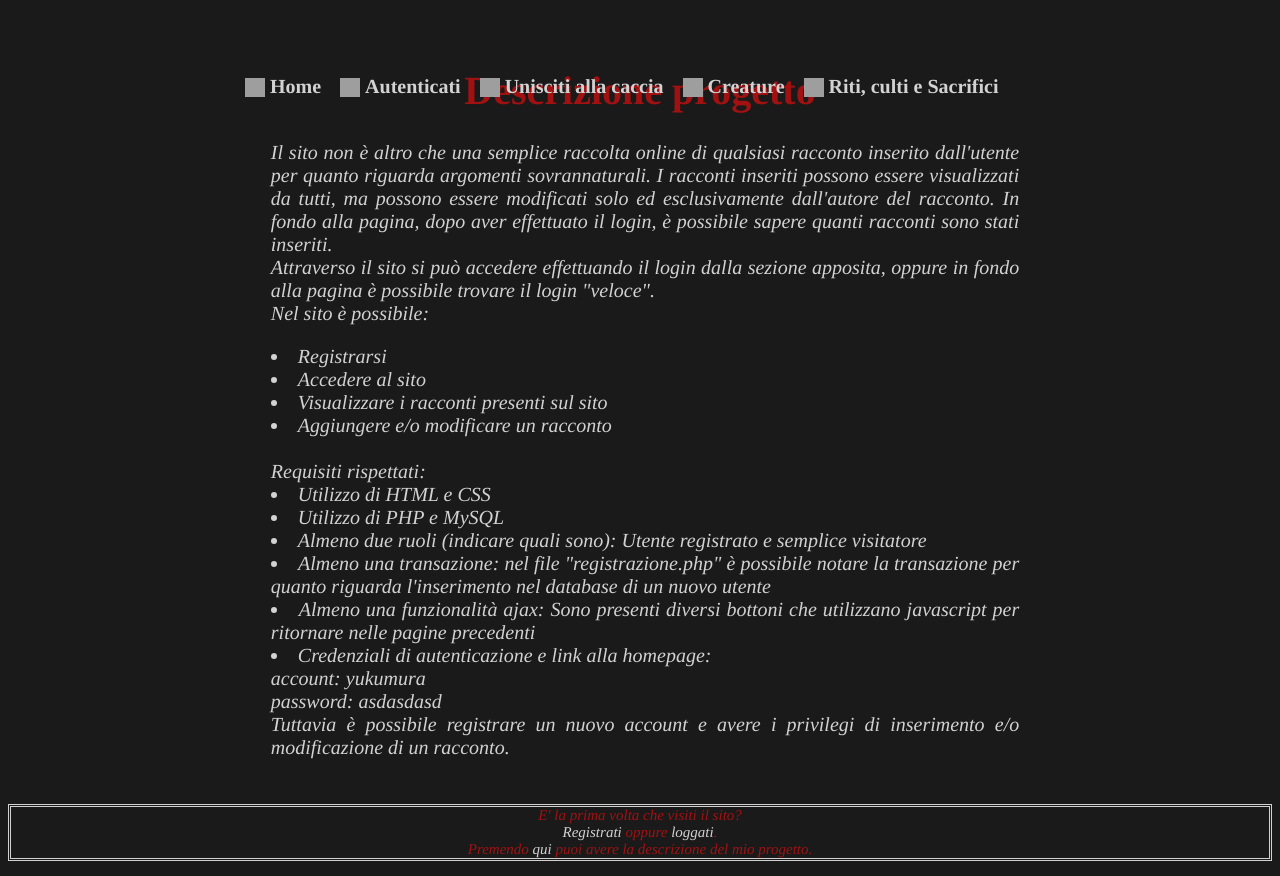
Repository: yukumura/yukumura-s-project
Page: http://localhost/descrizione.php
The author's editor kept a record of every edit. The page is drawn from the files as they stood at one moment, then again after the next edit.
The browser window is 1280 px wide. The pictures show the part of the page from y = 236 to 1135 px (the page is 1112 px tall before and 1135 px after).
Pictures or frames that could not be fetched are drawn as grey boxes. The page is run by PHP 8.4 with error messages shown; the project is at /var/www/html/.

Above is the page before.

### descrizione.php
<!DOCTYPE html>
<?php
//include('cuore.php');
if (!isset($_SESSION)) {
      session_start();
    }else echo "sessione già aperta";
include ('database_connect.php');
?>
<html>

  <head>
    <meta charset="utf-8"/>
    <link rel="stylesheet" type="text/css" href="mystyle.css" media="screen">
    <title>Guide e strategie per combattere ogni tipo di essere soprannaturale</title>
  </head>

  <body>
  <?php
  include('intestazione.html');
  ?>

   <div class="titolo">
     <h1>Descrizione progetto</h1>
   </div>

    <div id="content">
     <p><em>Il sito non è altro che una semplice raccolta online di qualsiasi racconto inserito dall'utente per quanto riguarda argomenti sovrannaturali. I racconti inseriti possono essere visualizzati da tutti, ma possono essere modificati solo ed esclusivamente dall'autore del racconto. In fondo alla pagina, dopo aver effettuato il login, è possibile sapere quanti racconti sono stati inseriti.<br>
             Attraverso il sito si può accedere effettuando il login dalla sezione apposita, oppure in fondo alla pagina è possibile trovare il login "veloce".
         <br>Nel sito è possibile:
    <div class="prog">
         <li>Registrarsi</li>
         <li>Accedere al sito</li>
         <li>Visualizzare i racconti presenti sul sito</li>
         <li>Aggiungere e/o modificare un racconto</li>

        <br>Requisiti rispettati:

    <li>Utilizzo di HTML e CSS</li>
    <li>Utilizzo di PHP e MySQL</li>
    <li>Almeno due ruoli (indicare quali sono): Utente registrato e semplice visitatore</li>
    <li>Almeno una transazione: nel file "registrazione.php" è possibile notare la transazione per quanto riguarda l'inserimento nel database di un nuovo utente</li>
    <li>Almeno una funzionalità ajax: Sono presenti diversi bottoni che utilizzano javascript per ritornare nelle pagine precedenti</li>
    <li>Credenziali di autenticazione e link alla homepage:<br> account: yukumura<br>password: asdasdasd<br>Tuttavia è possibile registrare un nuovo account e avere i privilegi di inserimento e/o modificazione di un racconto.</li></div>
    </div>
    <?php
include('piepagina.php');
?>

 </body>

</html>

### database_connect.php
<?php
// dati per loggare sul server pubblico
$ip = "localhost";
$user = "cicilloniAlberto";
$password = "scimmia454";
$db = "amm14_cicilloniAlberto";
$mysqli = new mysqli();
$mysqli->connect($ip, $user, $password, $db);
// verifico la presenza di errori
if($mysqli->connect_errno!= 0){
// gestione errore
$idErrore= $mysqli->connect_errno;
$msg= $mysqli->connect_error;
error_log("Errore nella connessione al server $idErrore: $msg", 0);
echo "Errore nella connessione $msg";
}
?>

### intestazione.html
<!DOCTYPE html>
<html>
    <!-- Questa è l'intestazione del sito, ripetuta su ogni pagina -->
    <body>
    <div class="header">
     <img src="http://imgup.motion-twin.com/muxxu/5/4/cdf10b8e_1157799.jpg" width="800" height="200" alt="banner">
   </div>

    <div class="nav">
      <ul id="menu">
	<li><a href="index.php">Home</a></li>
	<li><a href="login.php">Autenticati</a></li>
	<li><a href="registrati.php">Unisciti alla caccia</a></li>
	<li><a href="creature.php">Creature</a></li>
	<li><a href="RCeS.php">Riti, culti e Sacrifici</a></li>
      </ul>
    </div>
    <br><br>
    </body>
</html>

### piepagina.php
 <div id="piedipagina">
 <div id="formattazione_testo">
  <p>
  <?php
  include('cuore.php');
  include('database_connect.php');

 if(isset($_SESSION['username'])) {
$query="SELECT inseriti FROM iscritti where username = '$_SESSION[username]'";
$result = $mysqli->query($query);
$row = mysqli_fetch_row($result);
echo "Bentornato, ".$_SESSION['username'];
echo ". Hai inserito $row[0] racconti nel sito.<br>";
echo "Ricordati di "; echo "<a href='logout.php'>sloggare</a>"; echo " quando hai finito.";
}else{
      echo "E' la prima volta che visiti il sito? <br>";
      echo "<a href='registrati.php'>Registrati</a>";
      echo " oppure ";
      echo "<a href='login.php'>loggati</a>.";
      }
  ?>
  <br>Premendo <a href='descrizione.php'>qui</a> puoi avere la descrizione del mio progetto.
  </p>
  </div>
  </div>

### cuore.php
  <?php

if (!isset($_SESSION)) {
      session_start();
}
?>

### mystyle.css
.header {
    display: block;
    margin: 30px auto 0 0;
    text-align: center;
}

.header img {
    /*position: relative;*/
    bottom: 10px;
    border-style: outset;
}

.nav {
    position:absolute;
    bottom:570px;
    left: 70px;
    }

.nav li {
    font-family: "Times	New Roman", Times, serif;
    font-size: 20px;
    font-weight: bold;
}

.nav ul {
    position: relative;
    list-style-type: none;
    top: 200px;
    left: 120px;

}

.nav ul li {

    background-image: url('http://upload.wikimedia.org/wikipedia/commons/thumb/f/f6/Pentacle_3.svg/45px-Pentacle_3.svg.png');
    background-repeat: no-repeat;
    background-position: 15px 3px;
    padding-left: 40px;
    background-size: 20px 20px;
    display: inline;
}

.titolo {
    color: #A11111;
    font-family: "Times	New Roman", Times, serif;
    font-size: 20px;
    text-align: center;
}

body {
    background-color: #1B1A1A;
}

/*#sidebar1 {
    float:left;
    width: 20%;
    //padding-left: 1%;
}

#sidebar2 {
    float:left;
    width: 20%;
    //padding-right: 1%;
}
*/


#content {
    margin-left: 20%;
    margin-right: 20%;
    padding-bottom: 30px;
    padding-left: 10px;
}

#content p {
    color: #D2D2D2;
    text-align: justify;
    font-family: "Times	New Roman", Times, serif;
    font-size: 20px;
}

a:link {
    text-decoration: none;
    color: #D2D2D2;
}

a:visited {
    text-decoration: none;
    color: #D2D2D2;
}

a:hover {
    color: #A11111;
}

#form_registrazione {
    color: #D2D2D2;
     width: 200px;
    height: 200px;
    margin: 0 auto;
}

#form_autenticazione {
    color: #D2D2D2;
     width: 200px;
    height: 200px;
    margin: 0 auto;
}

.rces{
    color: #D2D2D2;
    text-align: justify;
    font-family: "Times	New Roman", Times, serif;
    font-size: 20px;
}

.rces h3{
    color: #A11111;
}

#formattazione_testo{
    color: #A11111;
    font-family: "Times	New Roman", Times, serif;
}

#formattazione_testo p{
    border-style:double;
    border-color: #D2D2D2;
    font-size: 15px;
    text-align: center;
}

#formattazione_testo h4{
    text-align: center;
}

#form_creature {
    color: #D2D2D2;
     width: 200px;
    height: 200px;
    /*margin: 0 auto;*/
}

.segnalibro {
    color: #A11111;
    font-family: "Times	New Roman", Times, serif;
    text-align: center;
    font-size: 30px;
}

#lettere h1{
    color: #A11111;
}

#form1 {
    float: right;
}

#form2{
    float:left;
}

.prog {
    color: #D2D2D2;
    text-align: justify;
    font-family: "Times	New Roman", Times, serif;
    font-size: 20px
}

After the next edit:
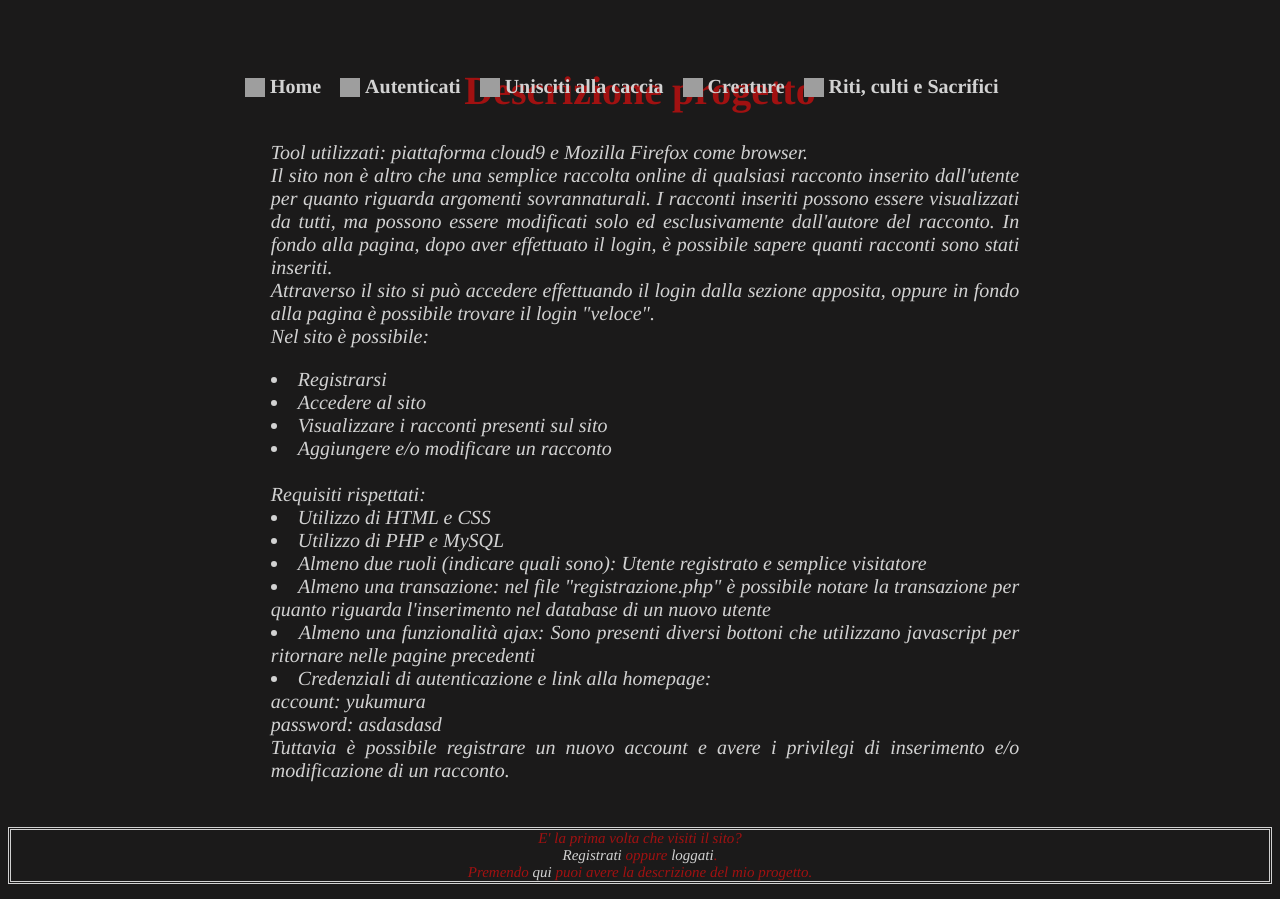
The edit:
--- a/descrizione.php
+++ b/descrizione.php
@@ -24,7 +24,8 @@ include ('database_connect.php');
    </div>
 
     <div id="content">
-     <p><em>Il sito non è altro che una semplice raccolta online di qualsiasi racconto inserito dall'utente per quanto riguarda argomenti sovrannaturali. I racconti inseriti possono essere visualizzati da tutti, ma possono essere modificati solo ed esclusivamente dall'autore del racconto. In fondo alla pagina, dopo aver effettuato il login, è possibile sapere quanti racconti sono stati inseriti.<br>
+     <p><em>Tool utilizzati: piattaforma cloud9 e Mozilla Firefox come browser.<br>
+             Il sito non è altro che una semplice raccolta online di qualsiasi racconto inserito dall'utente per quanto riguarda argomenti sovrannaturali. I racconti inseriti possono essere visualizzati da tutti, ma possono essere modificati solo ed esclusivamente dall'autore del racconto. In fondo alla pagina, dopo aver effettuato il login, è possibile sapere quanti racconti sono stati inseriti.<br>
              Attraverso il sito si può accedere effettuando il login dalla sezione apposita, oppure in fondo alla pagina è possibile trovare il login "veloce".
          <br>Nel sito è possibile:
     <div class="prog">
